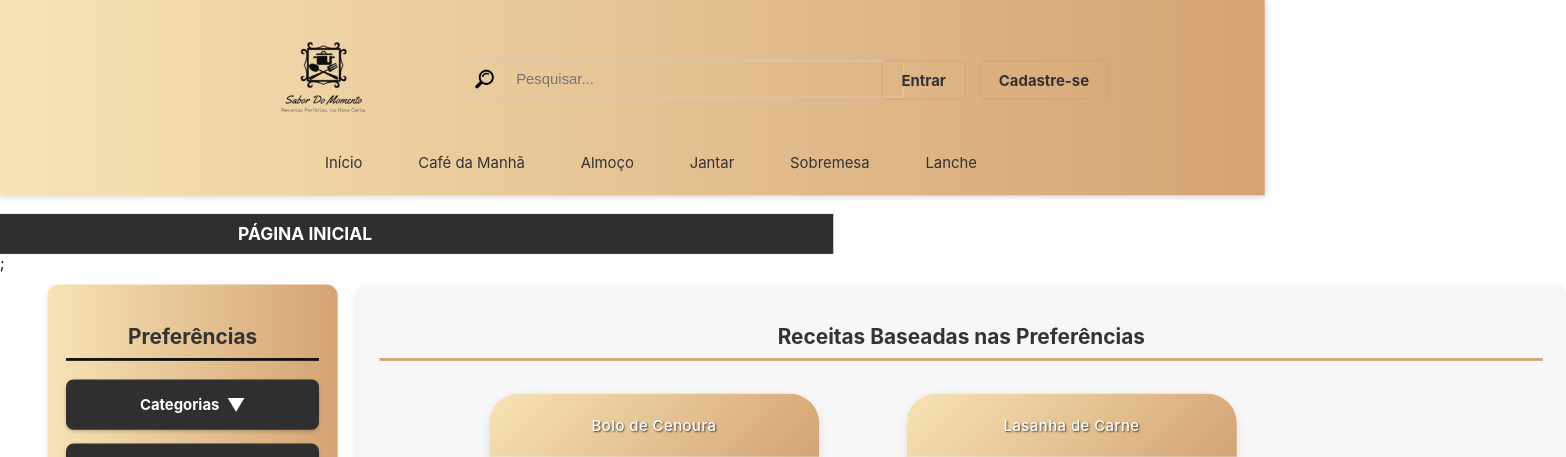
Repository: ICEI-PUC-Minas-PMV-SInt/pmv-sint-2024-2-e2-proj-front-grupo4-receitas1
Page: /
The author's editor kept a copy of each file at every save. The page is drawn from the files as they stood at one save, then again after the next save.
The browser window is 1280 px wide. The page is 1684 px wide, so the pictures cover 1684 px, including what lies to the right of the window. The pictures show the part of the page from y = 0 to 491 px (the page is 48061 px tall), at 93% of full size.
Pictures or frames that could not be fetched are drawn as grey boxes. Some web libraries are served in a nearby version. The project was rebuilt for these pictures with package versions that can differ from the ones it lists, and the page was loaded fresh each time. Also part of the build but not shown: vite.config.js, src/Components/ModalComentarios.module.css, src/Components/Comentarios.module.css, src/Components/Comentario.module.css, src/Components/Avatar.module.css, src/Components/Avatar.js, src/Components/RespostasLista.module.css, src/Components/RespostasLista.js and 34 more.

Above is the page before, as saved 2024-11-17 11:08:09.

After the next save:
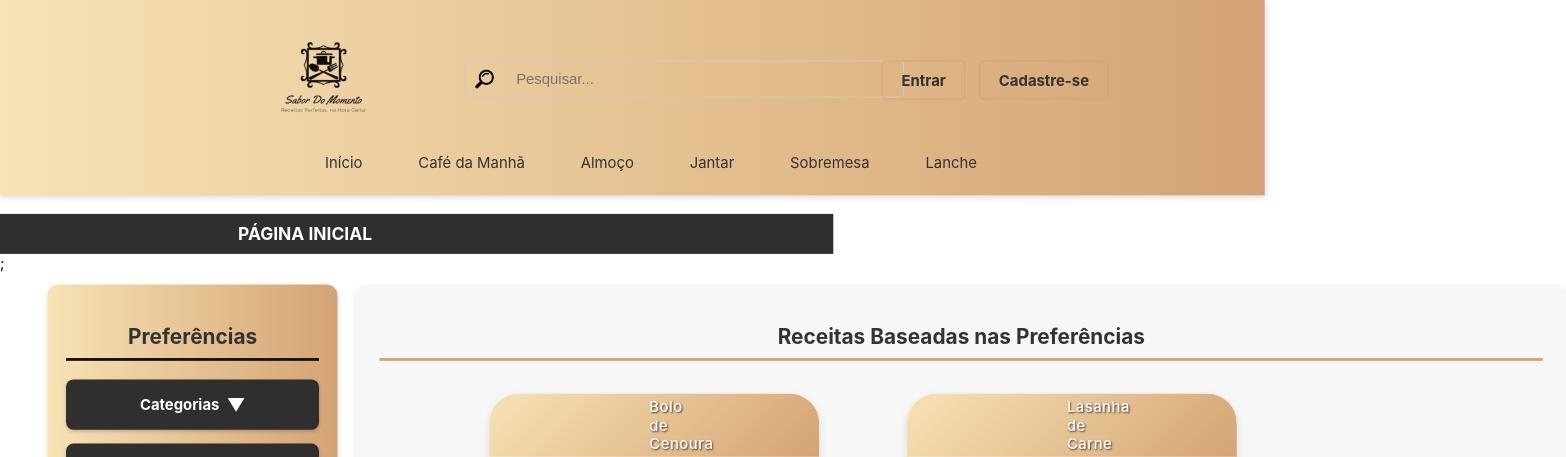
Saved 63 s later.
--- a/src/Components/ReceitaCard.module.css
+++ b/src/Components/ReceitaCard.module.css
@@ -48,4 +48,5 @@
 	letter-spacing: 0.5px;
 	margin: 0;
 	text-shadow: 1px 1px 2px rgba(0, 0, 0, 0.7);
+	max-width: 10px;
 }
